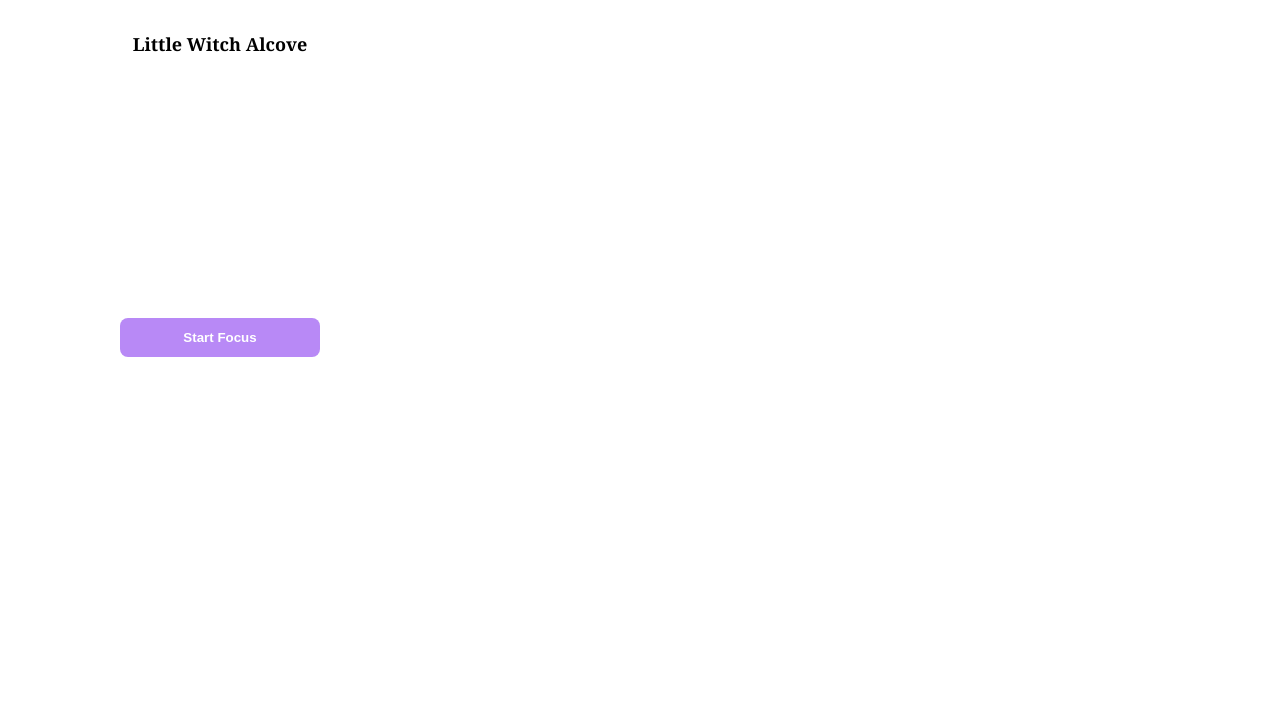
Repository: zhangolivia7/Little-Witch-Alcove
Page: popup.html
An editor plug-in stored every save of this project. The page is shown before and after the next save, followed by the edit.
The browser window is 1280 px wide. The pictures show the whole page.

Above is the page before, as saved 2025-11-15 15:49:31.

After the next save:
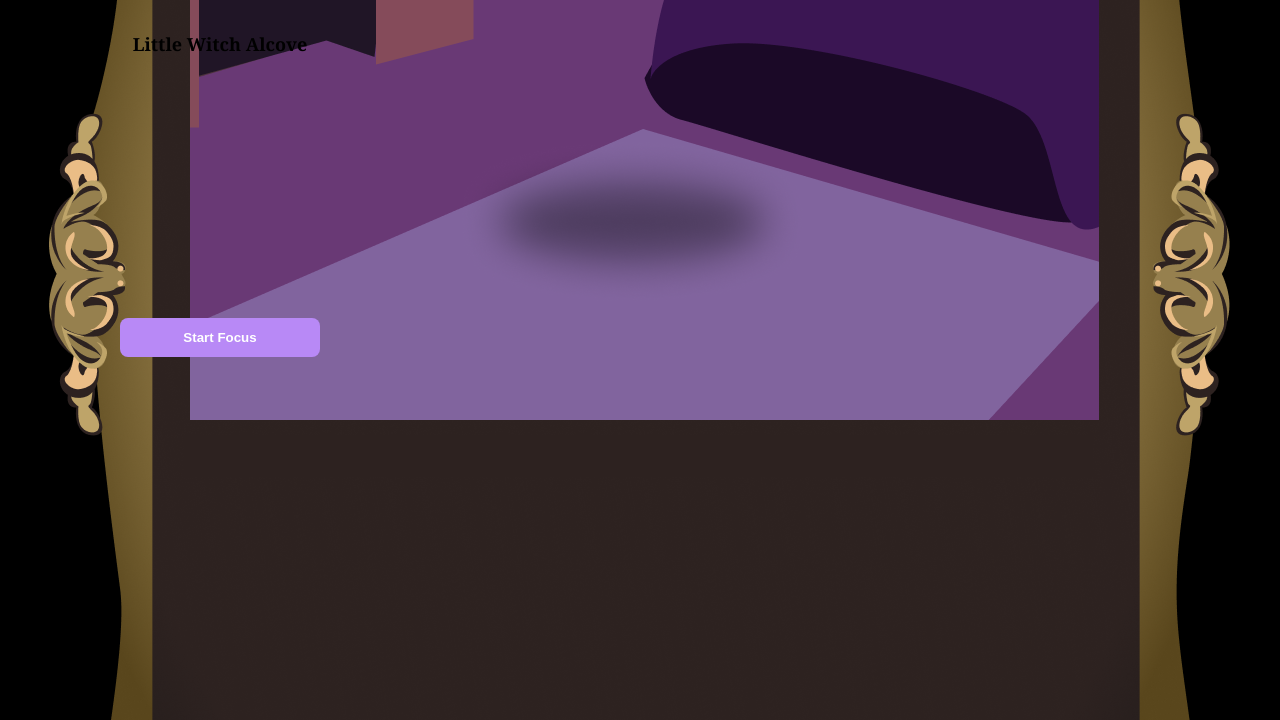
Saved 16 s later.
--- a/popup.css
+++ b/popup.css
@@ -1,8 +1,8 @@
 body {
     width: 400px;
     height: 500px;
-    background: transparent;
-    background-color: transparent;
+    background: url("Assets/No UI.png") no-repeat center center;
+    background-color: black;
     margin: 0;
     padding: 20px;
     font-family: "Georgia", serif;
